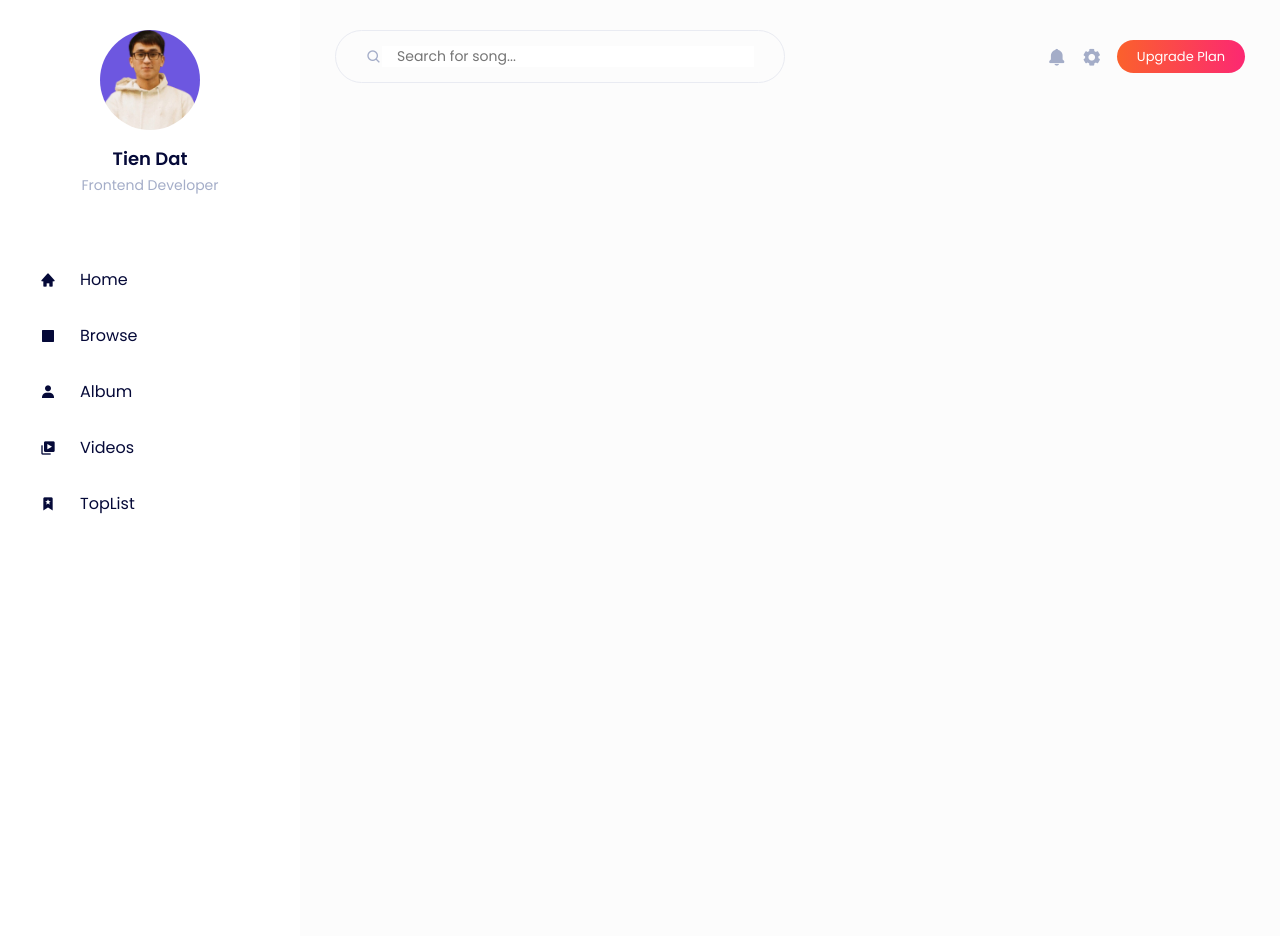
Repository: Datt21/music-webapp
Page: index.html
These files come from the project's save history. The page is drawn as it stood at one moment and after the next save; the edit follows.
The browser window is 1280 px wide. The pictures show the whole page.
The style sheet was rebuilt from its Sass, Less or Tailwind sources for each picture, by a compiler version that may differ from the author's.

Above is the page before, as saved 2021-09-05 05:24:54.

### index.html
<!DOCTYPE html>
<html lang="en">
<head>
    <meta charset="UTF-8">
    <meta http-equiv="X-UA-Compatible" content="IE=edge">
    <meta name="viewport" content="width=device-width, initial-scale=1.0">
    <title>Music App</title>
    <!--------------- Icon ------------------->
    <link href='https://unpkg.com/boxicons@2.0.9/css/boxicons.min.css' rel='stylesheet'>

    <!-------------- Fonts ------------------>
    <link rel="preconnect" href="https://fonts.gstatic.com" />
    <link
      href="https://fonts.googleapis.com/css2?family=Poppins:wght@300;400;600;700&display=swap"
      rel="stylesheet"
    />

    <!--------------- Css -------------------->
    <link rel="stylesheet" href="./app.css">

</head>
<body>
    <div class="wrapper">
        <div class="sidebar">
            <div class="profile">
                <img src="./images/img-me.jpg" alt="" class="profile-avatar">
                <h3 class="profile-name">Tien Dat</h3>
                <span class="profile-position">Frontend Developer</span>
            </div>

            <ul class="menu">
                <li class="menu-item">
                    <a href="#" class="menu-link">
                        <i class='bx bxs-home menu-icon'></i><span>Home</span>
                    </a>
                </li>
                <li class="menu-item">
                    <a href="#" class="menu-link">
                        <i class='bx bxs-square menu-icon'></i><span>Browse</span>
                    </a>
                </li>
                <li class="menu-item">
                    <a href="#" class="menu-link">
                        <i class='bx bxs-user menu-icon'></i><span>Album</span>
                    </a>
                </li>
                <li class="menu-item">
                    <a href="#" class="menu-link">
                        <i class='bx bxs-videos menu-icon'></i><span>Videos</span>
                    </a>
                </li>
                <li class="menu-item">
                    <a href="#" class="menu-link">
                        <i class='bx bxs-bookmark-star menu-icon'></i><span>TopList</span>
                    </a>
                </li>
            </ul>
        </div>
        <!------ main ------>
        <div class="main">
            <div class="header">
                <div class="search">
                    <i class='bx bx-search search-icon'></i>
                    <input type="text" inputmode="search"
                    placeholder="Search for song..."
                    class="search-input"/>
                </div>
                <div class="tool">
                    <i class='bx bxs-bell tool-icon'></i>
                    <i class='bx bxs-cog tool-icon' ></i>
                    <a href="#" class="tool-upgrade">Upgrade plan</a>
                </div>
            </div>
        </div>
        <!------ end main ------>
    </div>


    <!--========= JS =======-->
    <script src="./app.js"></script>
</body>
</html>

### app.scss
$gray: #050938;
$gray-light: #a4adc8;
$primary: #2b48d9;
$orange: #fb612c;
$red: #fc2872;

html {
    box-sizing: border-box;
}

* {
    margin: 0;
    padding: 0;
}

*,
*:before,
*:after {
    box-sizing: border-box;
}

input,
textarea,
select,
button {
    outline: none;
    font-family: "Poppins", sans-serif;
    font-size: 14px;
    line-height: normal;
}

label,
button {
    cursor: pointer;
}

a {
    text-decoration: none;
}

img {
    display: block;
    max-width: 100%;
}

ul {
    list-style: none;
}

body {
    font-family: "Poppins", sans-serif;
    font-size: 14px;
    line-height: 1;
    background-color: white;
    color: $gray-light;
    -webkit-font-smoothing: antialiased;
    -moz-osx-font-smoothing: grayscale;
    max-width: 1920px;
    margin: 0 auto;
}

.wrapper {
    display: grid;
    grid-template-columns: 300px 1fr;
    grid-gap: 0;
    background-color: #fcfcfc;
    min-height: 130vh;
}

.sidebar {
    padding: 30px;
    background-color: white;
}

.profile {
    text-align: center;
    margin-bottom: 70px;
    &-avatar {
        width: 100px;
        height: 100px;
        border-radius: 100rem;
        object-fit: cover;
        margin: 0 auto 20px;
        box-shadow: rgba(100, 100, 111, 0.2);
    }
    &-name {
        font-weight: 600;
        font-size: 18px;
        color: $gray;
        margin-bottom: 10px;
    }
}

.menu {
    &-item {
        margin-bottom: 20px;
    }
    &-link {
        display: flex;
        align-items: center;
        padding: 10px;
        color: $gray;
        font-size: 16px;
    }
    &-link:hover {
        color: $primary;
    }
    &-icon {
        width: 25px;
        margin-right: 15px;
    }
}

.main {
    padding: 30px 35px 0;
}

.header {
    display: flex;
    justify-content: space-between;
    align-items: center;
    margin-bottom: 40px;
}

.search {
    padding: 15px 30px;
    border: 1px solid #e9ebf2;
    border-radius: 100px;
    display: flex;
    align-items: center;
    width: 100%;
    max-width: 450px;
    &-icon {
        flex: 1;
        font-size: 16px;
    }
    &-input {
        border: 0;
        outline: none;
        width: 100%;
        padding: 0 15px;
    }
}

.tool {
    font-size: 20px;
    display: flex;
    align-items: center;
    &-icon {
        margin-right: 15px;
    }
    &-upgrade {
        display: inline-block;
        padding: 10px 20px;
        color: white;
        align-items: center;
        background-image: linear-gradient(to right, $orange, $red);
        border-radius: 50px;
        font-size: 13px;
        text-transform: capitalize;
    }
}

Loaded but not shown: app.js (no copy from this time; the picture is the same without it)

After the next save:
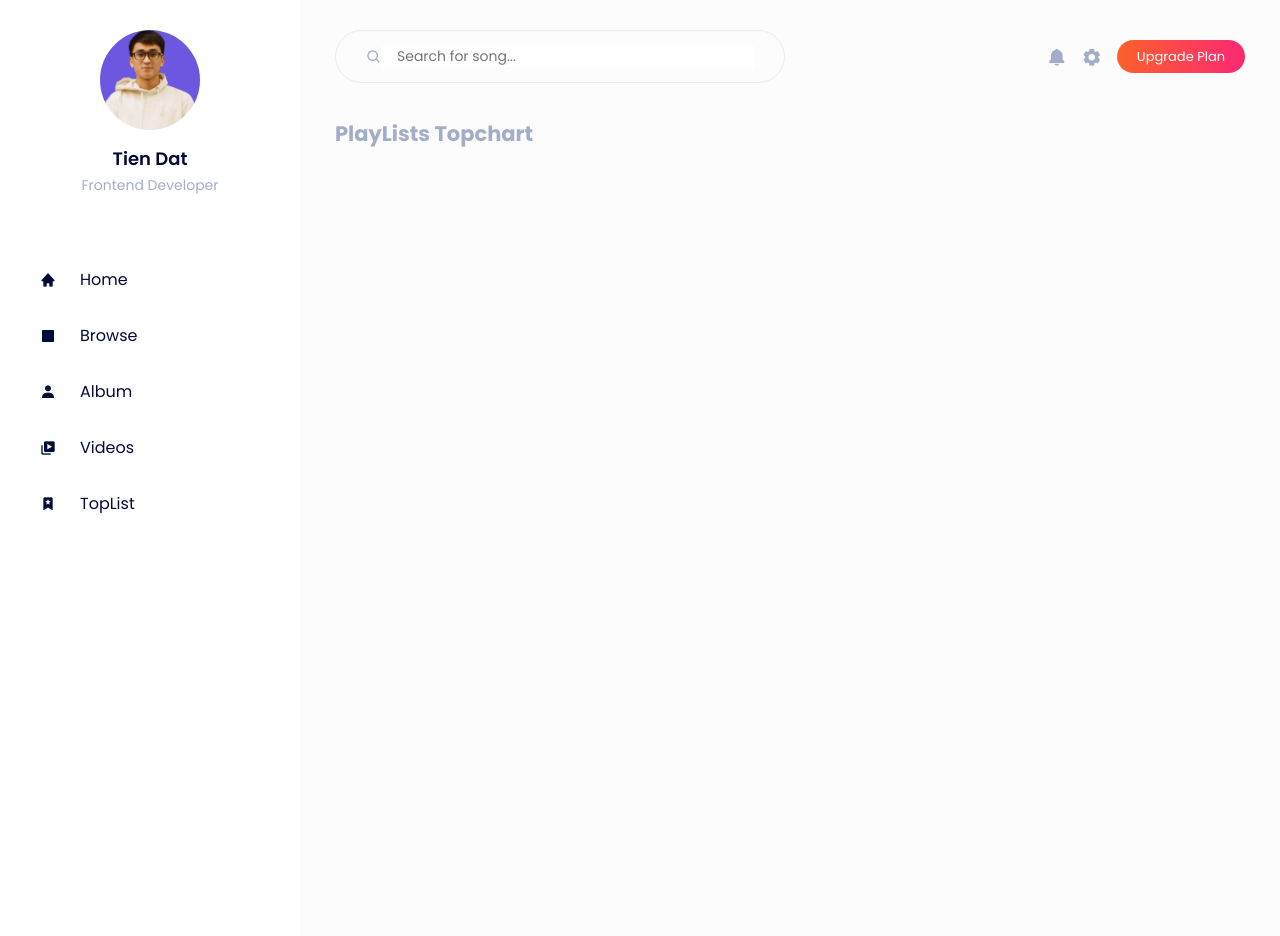
Saved 3 min 21 s later.
--- a/index.html
+++ b/index.html
@@ -58,6 +58,7 @@
         </div>
         <!------ main ------>
         <div class="main">
+            <!-- header -->
             <div class="header">
                 <div class="search">
                     <i class='bx bx-search search-icon'></i>
@@ -71,6 +72,13 @@
                     <a href="#" class="tool-upgrade">Upgrade plan</a>
                 </div>
             </div>
+            <!-- end header -->
+            <div class="block-box">
+                <h2 class="heading">PlayLists Topchart</h2>
+            </div>
+            <!-- list -->
+
+
         </div>
         <!------ end main ------>
     </div>
